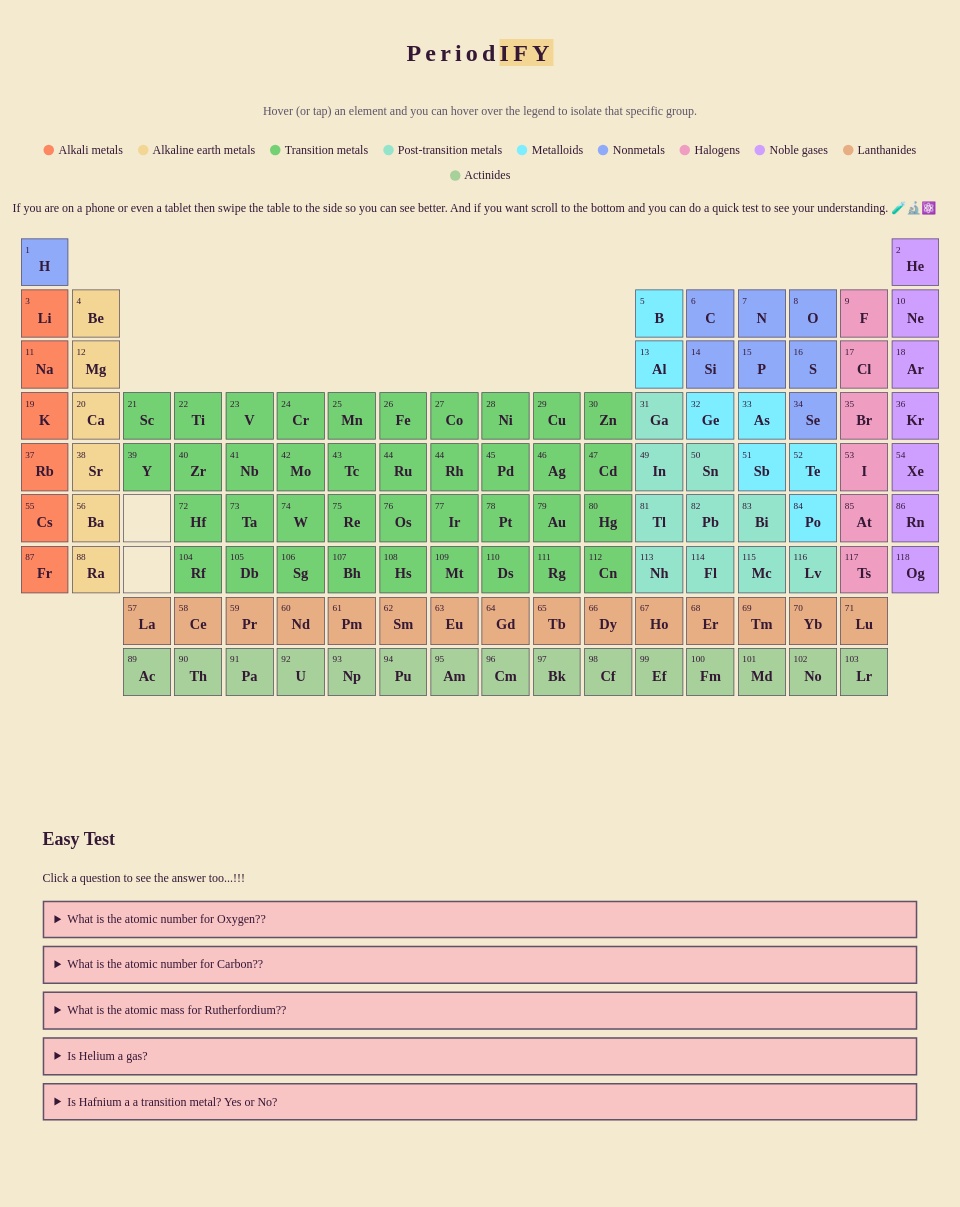
Repository: manayparikh1/Periodify
Page: index.html
An editor plug-in stored every save of this project. The page is shown before and after the next save, followed by the edit.
The browser window is 1280 px wide. The pictures show the whole page, at 75% of full size.

Above is the page before, as saved 2026-10-19 20:13:59.

After the next save:
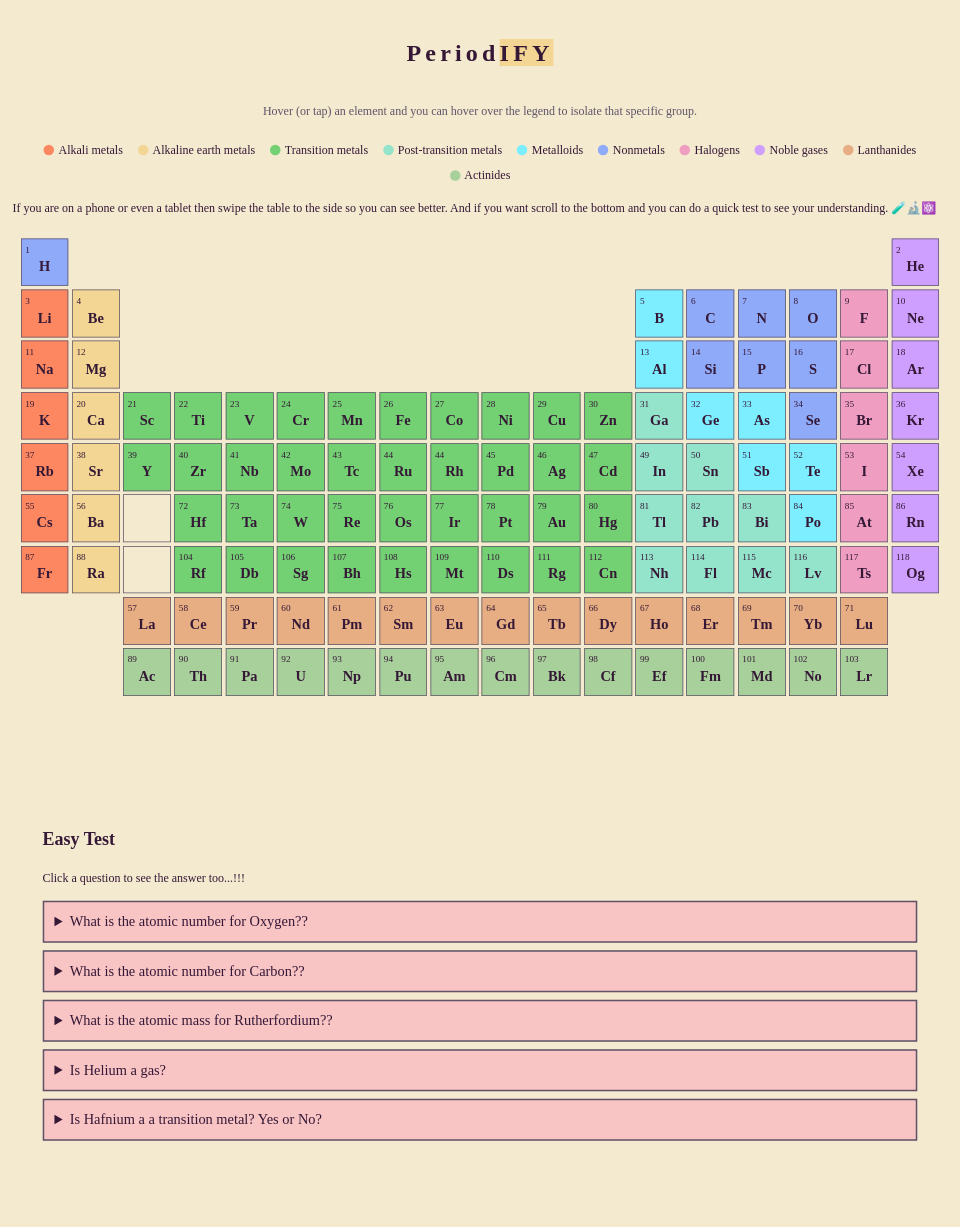
Saved 25 s later.
--- a/index.html
+++ b/index.html
@@ -403,6 +403,7 @@
         }
 
         .Quiz details {
+            font-size: 1.2rem;
             border: 2px solid var(--main);
             /*Gives a box */
             padding: 10px 14px;
